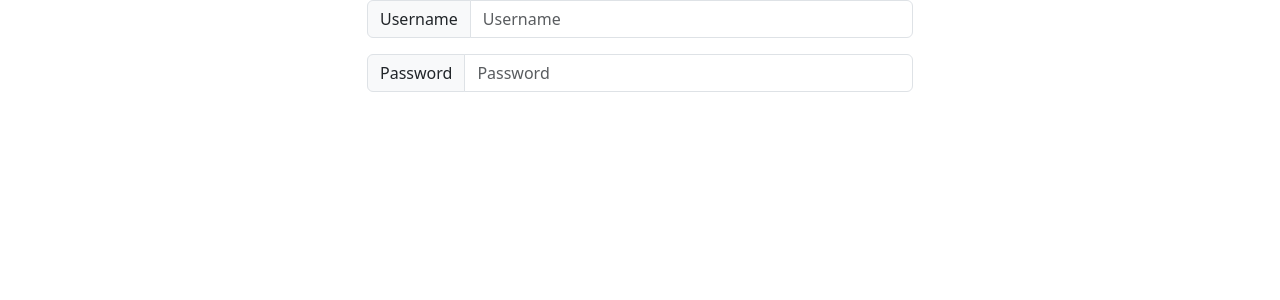
Repository: FrancescoGiordano23/WebappKebab
Page: http://localhost/EsercizioKebab/
An editor plug-in stored every save of this project. The page is shown before and after the next save, followed by the edit.
The browser window is 1280 px wide. The pictures show the whole page.
The page is served by Tomcat 10. Other server files are loaded and not shown.

Above is the page before, as saved 2024-08-02 08:11:49.

### EsercizioKebab/src/main/webapp/login.jsp
<%@ page language="java" contentType="text/html; charset=UTF-8"
    pageEncoding="UTF-8"%>
<!DOCTYPE html>
<html>
<head>
<meta charset="UTF-8">
<title>Insert title here</title>
<link
	href="https://cdn.jsdelivr.net/npm/bootstrap@5.3.3/dist/css/bootstrap.min.css"
	rel="stylesheet"
	integrity="sha384-QWTKZyjpPEjISv5WaRU9OFeRpok6YctnYmDr5pNlyT2bRjXh0JMhjY6hW+ALEwIH"
	crossorigin="anonymous">
<script
	src="https://cdn.jsdelivr.net/npm/bootstrap@5.3.3/dist/js/bootstrap.bundle.min.js"
	integrity="sha384-YvpcrYf0tY3lHB60NNkmXc5s9fDVZLESaAA55NDzOxhy9GkcIdslK1eN7N6jIeHz"
	crossorigin="anonymous"></script>
</head>
<body>
	<div class="container">
		<div class="row">
			<!-- LEFT -->
			<div class="col-3"></div>

			<!-- CENTER -->
			<div class="col-6">
				<div class="input-group mb-3">
					<span class="input-group-text" id="basic-addon-username">Username</span>
					<input type="text" class="form-control" placeholder="Username"
						aria-label="Username" aria-describedby="basic-addon-username">
				</div>

				<div class="input-group mb-3">
					<span class="input-group-text" id="basic-addon-password">Password</span>
					<input type="password" class="form-control" placeholder="Password"
						aria-label="Password" aria-describedby="basic-addon-password">
				</div>
			</div>

			<!-- RIGHT -->
			<div class="col-3"></div>
		</div>
	</div>
</body>
</html>

### EsercizioKebab/src/main/java/com/advancia/servlet/InitializeServlet.java
package com.advancia.servlet;

import java.io.IOException;
import jakarta.servlet.ServletException;
import jakarta.servlet.http.HttpServlet;
import jakarta.servlet.http.HttpServletRequest;
import jakarta.servlet.http.HttpServletResponse;

/**
 * Servlet implementation class InitializeServlet
 */
public class InitializeServlet extends HttpServlet {
	private static final long serialVersionUID = 1L;

    public InitializeServlet() {

    }


	protected void doGet(HttpServletRequest request, HttpServletResponse response) throws ServletException, IOException {

		request.getSession().setAttribute("User", null);
		request.getRequestDispatcher("login.jsp").forward(request, response);
	}


	protected void doPost(HttpServletRequest request, HttpServletResponse response) throws ServletException, IOException {
				doGet(request, response);
	}

}

After the next save:
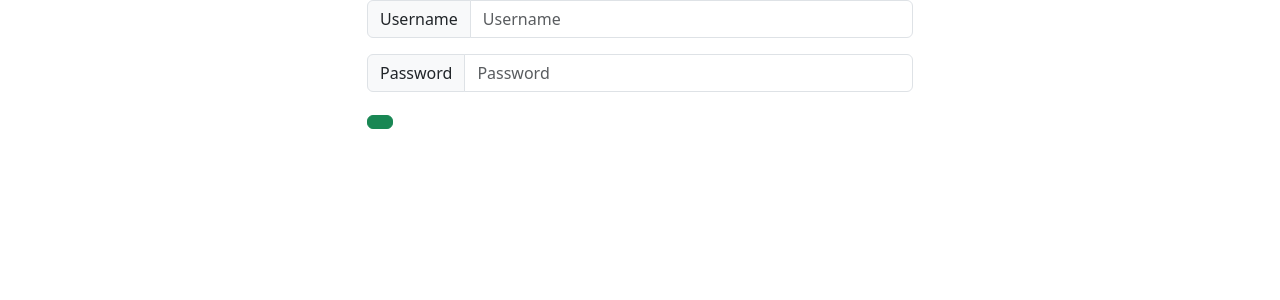
Saved 7 min 29 s later.
--- a/EsercizioKebab/src/main/webapp/login.jsp
+++ b/EsercizioKebab/src/main/webapp/login.jsp
@@ -22,7 +22,9 @@
 			<div class="col-3"></div>
 
 			<!-- CENTER -->
+
 			<div class="col-6">
+			<form action="LoginServlet" method="post">
 				<div class="input-group mb-3">
 					<span class="input-group-text" id="basic-addon-username">Username</span>
 					<input type="text" class="form-control" placeholder="Username"
@@ -34,7 +36,12 @@
 					<input type="password" class="form-control" placeholder="Password"
 						aria-label="Password" aria-describedby="basic-addon-password">
 				</div>
+
+				<button class="btn btn-success" type="submit"></button>
+
+				</form>
 			</div>
+
 
 			<!-- RIGHT -->
 			<div class="col-3"></div>
